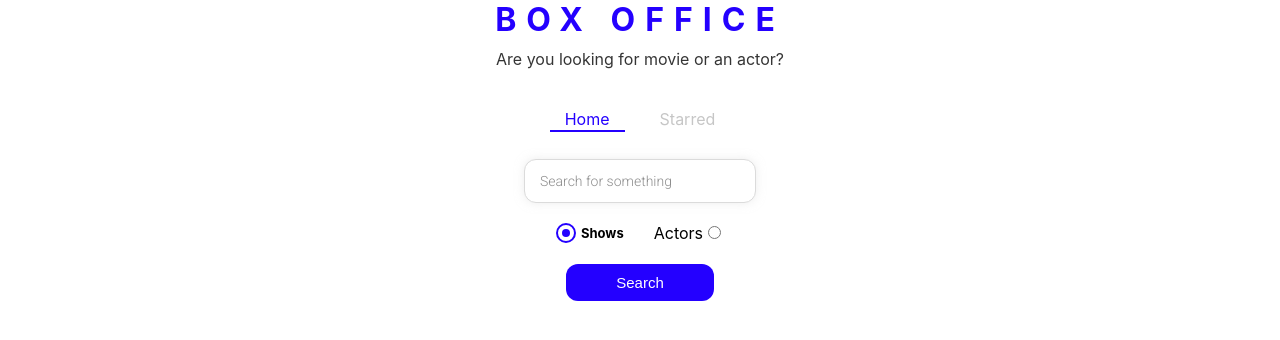
Repository: Mayur2905/Box-office
Page: /
These files come from the project's save history. The page is drawn as it stood at one moment and after the next save; the edit follows.
The browser window is 1280 px wide. The pictures show the whole page.
The project was rebuilt for these pictures with package versions that can differ from the ones it lists, and the page was loaded fresh each time. A package was used in the major version that the imports need, not the one package.json lists. Also part of the build but not shown: src/components/styled.js, src/components/show/ShowCard.styled.js, src/components/show/ShowCard.js, src/components/show/ShowGrid.js, src/components/actor/ActorCard.js, src/components/actor/ActorGrid.js, src/pages/Starred.js, src/components/show/ShowMainData.styled.js and 9 more.

Above is the page before, as saved 2021-10-16 21:41:48.

### public/index.html
<!DOCTYPE html>
<html lang="en">
  <head>
    <meta charset="utf-8" />
    <link rel="icon" href="%PUBLIC_URL%/favicon.ico" />
    <meta name="viewport" content="width=device-width, initial-scale=1" />
    <meta name="theme-color" content="#000000" />
    <meta
      name="description"
      content="Web site created using create-react-app"
    />
    <link rel="apple-touch-icon" href="%PUBLIC_URL%/logo192.png" />
    <!--
      manifest.json provides metadata used when your web app is installed on a
      user's mobile device or desktop. See https://developers.google.com/web/fundamentals/web-app-manifest/
    -->
    <link rel="manifest" href="%PUBLIC_URL%/manifest.json" />
    <!--
      Notice the use of %PUBLIC_URL% in the tags above.
      It will be replaced with the URL of the `public` folder during the build.
      Only files inside the `public` folder can be referenced from the HTML.

      Unlike "/favicon.ico" or "favicon.ico", "%PUBLIC_URL%/favicon.ico" will
      work correctly both with client-side routing and a non-root public URL.
      Learn how to configure a non-root public URL by running `npm run build`.
    -->
    <title>React App</title>
  </head>
  <body>
    <noscript>You need to enable JavaScript to run this app.</noscript>
    <div id="root"></div>
    <link
  href="https://fonts.googleapis.com/css?family=Roboto:300,400,700,&display=swap"
  rel="stylesheet"
/>
<title>Box Office</title>

  </body>
</html>

### src/index.js
import React from 'react';
import ReactDOM from 'react-dom';
import  {BrowserRouter} from 'react-router-dom';
import './index.css';
import App from './App';
import reportWebVitals from './reportWebVitals';

ReactDOM.render(
<BrowserRouter>
  <App />
</BrowserRouter>,
document.getElementById('root')

);

// If you want to start measuring performance in your app, pass a function
// to log results (for example: reportWebVitals(console.log))
// or send to an analytics endpoint. Learn more: https://bit.ly/CRA-vitals
reportWebVitals();

### src/App.js
import React from 'react';
import { ThemeProvider } from 'styled-components';
import { Switch, Route } from 'react-router-dom';

import Home from './pages/Home';
import Starred from './pages/Starred';
import Show from './pages/Show';

const theme = {
  mainColors: {
    blue: '#2400ff',
    gray: '#c6c6c6',
    dark: '#353535',
  },
};

function App() {
  return (
    <ThemeProvider theme={theme}>
    <Switch>
      <Route exact path="/">
        <Home />
      </Route>

      <Route exact path="/starred">
        <Starred />
      </Route>

      <Route exact path="/show/:id">
        <Show />
      </Route>

      <Route>
        <div>Not found</div>
      </Route>
    </Switch>
    </ThemeProvider>
  );
}

export default App;

### src/reportWebVitals.js
 /* eslint-disable */
const reportWebVitals = onPerfEntry => {
  if (onPerfEntry && onPerfEntry instanceof Function) {
    import('web-vitals').then(({ getCLS, getFID, getFCP, getLCP, getTTFB }) => {
      getCLS(onPerfEntry);
      getFID(onPerfEntry);
      getFCP(onPerfEntry);
      getLCP(onPerfEntry);
      getTTFB(onPerfEntry);
    });
  }
};

export default reportWebVitals;

### src/pages/Home.js
import React, { useState } from 'react';
import MainPageLayout from '../components/MainPageLayout';
import { apiGet } from '../misc/config';
import ShowGrid from '../components/show/ShowGrid';
import ActorGrid from '../components/actor/ActorGrid';
import { useLastOuery } from '../misc/custom-hooks';
import { RadioInputsWrapper, SearchButtonWrapper, SearchInput } from './Home.styled';
import CustomRadio from '../components/CustomRadio';

const Home = () => {
  const [input, setInput] = useLastOuery();
  const [results, setResults] = useState(null);
  const [searchOption, setSearchOption] = useState('shows');

  const isShowsSearch = searchOption === 'shows';
  const onSearch = () => {
    apiGet(`/search/${searchOption}?q=${input}`).then(result => {
      setResults(result);
    });
  };

  const onInputChange = ev => {
    setInput(ev.target.value);
  };

  const onKeyDown = ev => {
    if (ev.keyCode === 13) {
      onSearch();
    }
  };

  const onRadioChange = ev => {
    setSearchOption(ev.target.value);
  };

  const renderResults = () => {
    if (results && results.length === 0) {
      return <div>No results</div>;
    }

    if (results && results.length > 0) {
      return results[0].show ? (
        <ShowGrid data={results} />
      ) : (
        <ActorGrid data={results} />
      );
    }

    return null;
  };

  return (
    <MainPageLayout>
      <SearchInput
        type="text"
        placeholder="Search for something"
        onChange={onInputChange}
        onKeyDown={onKeyDown}
        value={input}
      />

      <RadioInputsWrapper>
        <div>
          <CustomRadio
          label="Shows"
          id="shows-search"
          value="shows"
          checked={isShowsSearch}
          onChange={onRadioChange}
          />
        </div>
        <div>
        <label htmlFor="actors-search">
          Actors
          <input
            id="actors-search"
            type="radio"
            value="people"
            checked={!isShowsSearch}
            onChange={onRadioChange}
            />
        </label>
        </div>
      </RadioInputsWrapper>
      <SearchButtonWrapper>
      <button type="button" onClick={onSearch}>
        Search
      </button>
      {renderResults()}
      </SearchButtonWrapper>
    </MainPageLayout>

  );
};

export default Home;

### src/components/MainPageLayout.js
import React from 'react'
import Navs from './Navs'
import Title from './Title'

const MainPageLayout = ({children}) => {
    return (
        <div>
            <Title title="Box Office"
            subtitle ="Are you looking for movie or an actor?
            "/>
            <Navs/>
            {children}
        </div>
    )
}

export default MainPageLayout

### src/misc/custom-hooks.js
import { useReducer, useEffect,useState } from 'react';
import { apiGet } from './config';

function showsReducer(prevState, action) {
  switch (action.type) {
    case 'ADD': {
      return [...prevState, action.showId];
    }

    case 'REMOVE': {
      return prevState.filter(showId => showId !== action.showId);
    }

    default:
      return prevState;
  }
}

function usePersistedReducer(reducer, initialState, key) {
  const [state, dispatch] = useReducer(reducer, initialState, initial => {
    const persisted = localStorage.getItem(key);

    return persisted ? JSON.parse(persisted) : initial;
  });

  useEffect(() => {
    localStorage.setItem(key, JSON.stringify(state));
  }, [state, key]);

  return [state, dispatch];
}

export function useShows(key = 'shows') {
  return usePersistedReducer(showsReducer, [], key);
}
export function useLastOuery(key='lastQuery') {
     const [input, setInput] = useState(()=>{
        const persisted = sessionStorage.getItem(key);

        return persisted ? JSON.parse(persisted) : "";


     });
     const setPersistedInput =(newState)=>{
         setInput(newState);
         sessionStorage.setItem(key,JSON.stringify(newState))
     }
     return[input,setPersistedInput];
}
const reducer = (prevState, action) => {
    switch (action.type) {
      case 'FETCH_SUCCESS': {
        return { isLoading: false, error: null, show: action.show };
      }

      case 'FETCH_FAILED': {
        return { ...prevState, isLoading: false, error: action.error };
      }

      default:
        return prevState;
    }
  };

export function useShow(showId){
    const [state, dispatch] = useReducer(
        reducer,
        {
            show: null,
            isLoading: true,
            error: null,
        }
      );

      useEffect(() => {
        let isMounted = true;

        apiGet(`/shows/${showId}?embed[]=seasons&embed[]=cast`)
          .then(results => {
            if (isMounted) {
              dispatch({ type: 'FETCH_SUCCESS', show: results });
            }
          })
          .catch(err => {
            if (isMounted) {
              dispatch({ type: 'FETCH_FAILED', error: err.message });
            }
          });

        return () => {
          isMounted = false;
        };
      }, [showId]);
      return state;
}

### src/pages/Home.styled.js
import styled from "styled-components";

export const SearchInput = styled.input`
  display: block;
  font-family: 'Roboto', sans-serif;
  width: 200px;
  margin: auto;
  outline: none;
  padding: 13px 15px;
  border: 1px solid #dbdbdb;
  box-shadow: 0px 0px 10px 0px rgba(219, 219, 219, 0.5);
  font-size: 14px;
  border-radius: 12px;
  color: #8d8d8d;

  &::placeholder {
    font-weight: 300;
    color: #8d8d8d;
  }
`;

export const RadioInputsWrapper = styled.div`
  display: flex;
  justify-content: center;
  margin: 20px 0;

  div {
    margin: 0 15px;
  }
`;

export const SearchButtonWrapper = styled.div`
  text-align: center;
  margin-bottom: 35px;

  button {
    color: #fff;
    background-color: ${({ theme }) => theme.mainColors.blue};
    margin: auto;
    padding: 10px 50px;
    font-size: 15px;
    border: none;
    outline: none;
    border-radius: 12px;
    &:hover {
      cursor: pointer;
    }
  }
`;

### src/components/CustomRadio.js
/* eslint-disable no-undef */
import React from 'react'
import styled from 'styled-components';

 const RadioWrapper = styled.label`
  display: block;
  position: relative;
  padding-left: 25px;
  cursor: pointer;
  font-size: 13px;
  user-select: none;
  font-weight: 700;
  line-height: 1.65;

  input {
    position: absolute;
    opacity: 0;
    cursor: pointer;
  }

  span {
    position: absolute;
    top: 0;
    left: 0;
    height: 16px;
    width: 16px;
    background-color: #fff;
    border: 2px solid ${({ theme }) => theme.mainColors.blue};
    border-radius: 50%;
  }

  input:checked ~ span {
    background-color: #fff;
    border: 2px solid ${({ theme }) => theme.mainColors.blue};
  }

  span:after {
    content: '';
    position: absolute;
    display: none;
  }

  input:checked ~ span:after {
    display: block;
  }

  span:after {
    top: 4px;
    left: 4px;
    width: 8px;
    height: 8px;
    border-radius: 50%;
    background: ${({ theme }) => theme.mainColors.blue};
  }
`;

const CustomRadio = ({label , ...restProps}) => {
    return (
    <RadioWrapper htmlFor={restProps.id}>
        {label}
        <input {...restProps}
          type="radio"
          />
          <span/>
    </RadioWrapper>
    )
}

export default CustomRadio;

### src/components/Navs.js
import React from 'react';
import { useLocation } from 'react-router';
import { LinkStyled, NavList } from './Navs.styled';

const LINKS = [
  { to: '/', text: 'Home' },
  { to: '/starred', text: 'Starred' },
];

const Navs = () => {
  const location = useLocation();
  return (
    <div>
      <NavList>
        {LINKS.map(item => (
          <li key={item.to}>
            <LinkStyled to={item.to} className={item.to ===location.pathname ? 'active':''}>{item.text}</LinkStyled>
          </li>
        ))}
      </NavList>
    </div>
  );
};

export default Navs;

### src/components/Navs.styled.js
import styled from "styled-components";
import { Link } from "react-router-dom";

export const NavList = styled.ul`
  display: flex;
  justify-content: center;
  list-style: none;
  margin: 0 0 30px;
  padding: 0;
`;

export const LinkStyled = styled(Link)`
  margin: 0 10px;
  padding: 3px 15px;
  position: relative;
  text-decoration: none;
  color: ${({ theme }) => theme.mainColors.gray};
  &.active {
    color: ${({ theme }) => theme.mainColors.blue};
    &:after {
      content: '';
      position: absolute;
      display: block;
      height: 2px;
      left: 0%;
      bottom: 0;
      background-color: ${({ theme }) => theme.mainColors.blue};
      animation: slide-in 0.3s ease-in forwards;
      @keyframes slide-in {
        from {
          left: 50%;
          width: 0;
        }
        to {
          left: 0%;
          width: 100%;
        }
      }
    }
  }
`;

### src/components/Title.styled.js
import styled from "styled-components";

export const TitleWrapper = styled.div`
  text-align: center;
  margin: 0 0 40px;

  h1 {
    color: ${({ theme }) => theme.mainColors.blue};
    letter-spacing: 10px;
    text-transform: uppercase;
    margin: 0 0 10px;
  }

  p {
    color: ${({ theme }) => theme.mainColors.dark};
    margin: 0;
  }
`;

Loaded but not shown: src/index.css (common file); src/misc/config.js (common file); src/components/Title.js (common file)

After the next save:
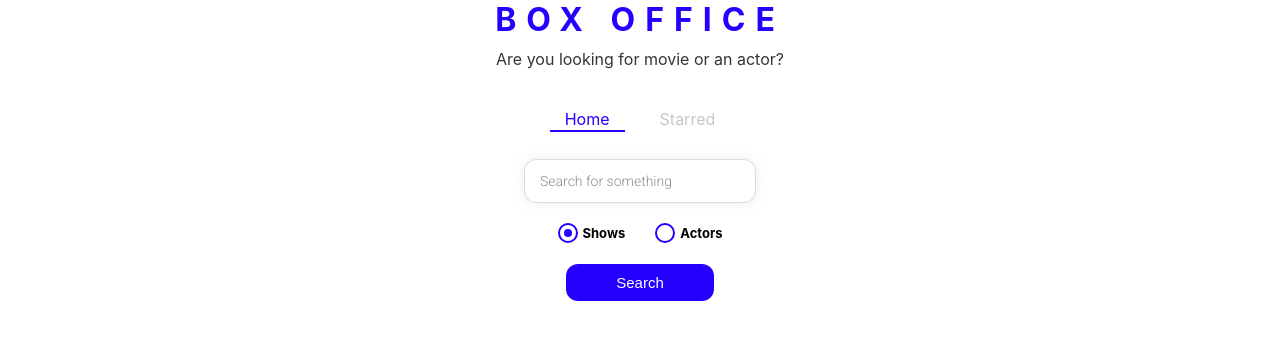
Saved 2 min 40 s later.
--- a/src/pages/Home.js
+++ b/src/pages/Home.js
@@ -70,16 +70,13 @@ const Home = () => {
           />
         </div>
         <div>
-        <label htmlFor="actors-search">
-          Actors
-          <input
-            id="actors-search"
-            type="radio"
-            value="people"
-            checked={!isShowsSearch}
-            onChange={onRadioChange}
-            />
-        </label>
+        <CustomRadio
+          label="Actors"
+          id="actors-search"
+          value="people"
+          checked={!isShowsSearch}
+          onChange={onRadioChange}
+          />
         </div>
       </RadioInputsWrapper>
       <SearchButtonWrapper>
